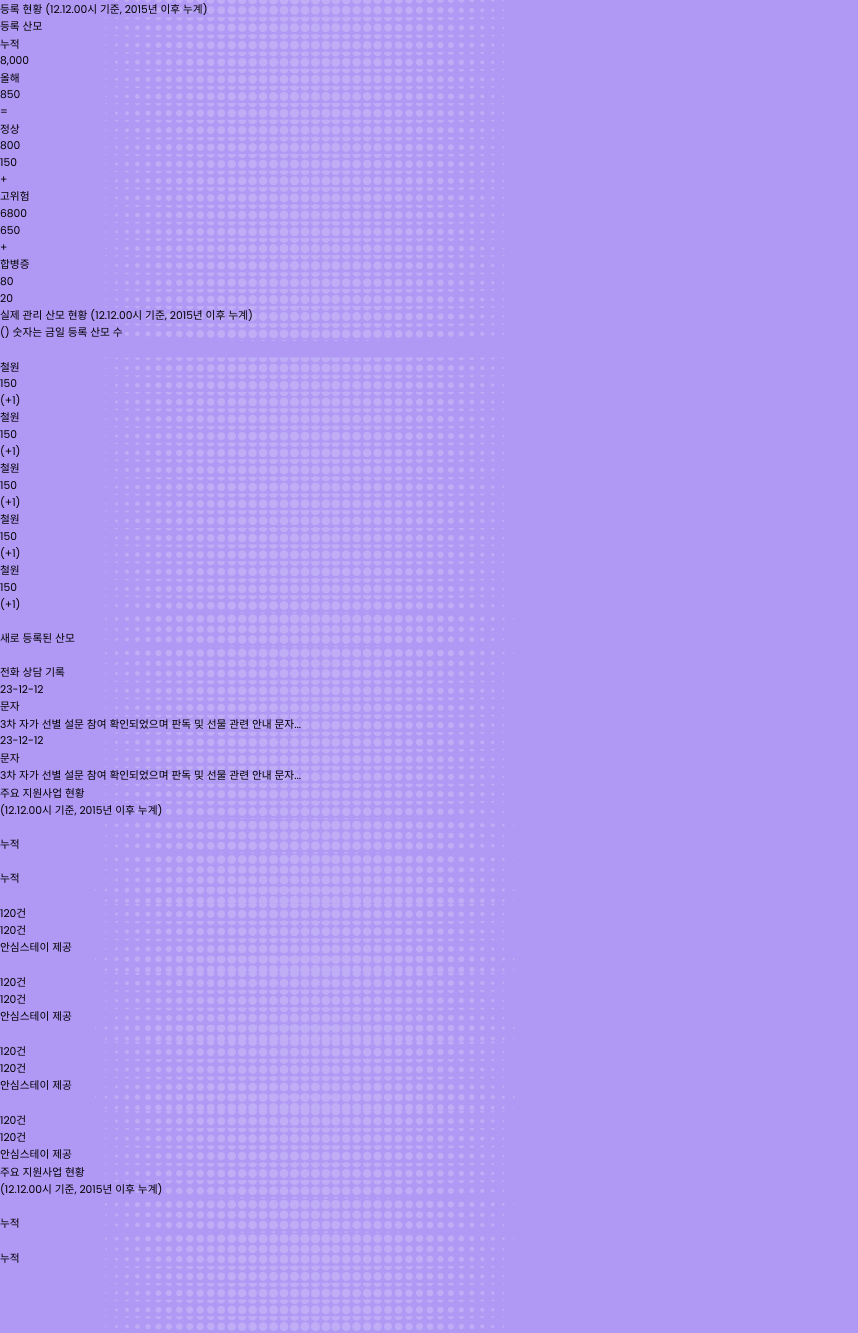
Repository: giapchicuong/Perganancy_Web
Page: index.html
The author's editor kept a copy of each file at every save. The page is drawn from the files as they stood at one save, then again after the next save.
The browser window is 1280 px wide. The pictures show the whole page, at 67% of full size.

Above is the page before, as saved 2024-03-06 11:49:33.

### index.html
<!DOCTYPE html>
<html lang="en">

<head>
    <meta charset="UTF-8">
    <meta name="viewport" content="width=device-width, initial-scale=1.0">
    <title>Perganancy Web</title>
    <link rel="stylesheet" href="./assets/base.css">
    <link rel="stylesheet" href="./assets/style.css">
</head>

<body>
    <!-- .block -->
    <!-- .block__element -->
    <!-- .block__element--modifier -->
    <!-- card
    card__image
    card__description
    card__button--submit
    card__button--cancel -->
    <div class="app">
        <div class="main">
            <section class="advertising">
                <div class="advertising-left">
                    <div class="advertising-left__title">등록 현황 (12.12.00시 기준, 2015년 이후 누계)</div>
                    <div class="advertising-left__item-list">
                        <div class="advertising-left__item">
                            <div class="advertising-left__item-title">등록 산모</div>
                            <div class="advertising-left__item-desc">
                                <div class="advertising-left__item-desc-text">누적</div>
                                <div class="advertising-left__item-desc-number">8,000</div>
                            </div>
                            <div class="advertising-left__item-bottom">
                                <div class="advertising-left__item-bottom-text">올해</div>
                                <div class="advertising-left__item-bottom-number">850</div>
                            </div>
                            <div class="calculation">=</div>
                        </div>
                        <div class="advertising-left__item">
                            <div class="advertising-left__item-title">정상</div>
                            <div class="advertising-left__item-desc">
                                <div class="advertising-left__item-desc-number">800</div>
                            </div>
                            <div class="advertising-left__item-bottom">
                                <div class="advertising-left__item-bottom-number">150</div>
                            </div>
                            <div class="calculation">+</div>
                        </div>
                        <div class="advertising-left__item">
                            <div class="advertising-left__item-title">고위험</div>
                            <div class="advertising-left__item-desc">
                                <div class="advertising-left__item-desc-number">6800</div>
                            </div>
                            <div class="advertising-left__item-bottom">
                                <div class="advertising-left__item-bottom-number">650</div>
                            </div>
                            <div class="calculation">+</div>
                        </div>
                        <div class="advertising-left__item">
                            <div class="advertising-left__item-title">합병증</div>
                            <div class="advertising-left__item-desc">
                                <div class="advertising-left__item-desc-number">80</div>
                            </div>
                            <div class="advertising-left__item-bottom">
                                <div class="advertising-left__item-bottom-number">20</div>
                            </div>
                        </div>
                    </div>
                    <div class="advertising-left__title">실제 관리 산모 현황 (12.12.00시 기준, 2015년 이후 누계)</div>
                    <div class="advertising-left__desc">() 숫자는 금일 등록 산모 수</div>
                    <div class="advertising-left__map">
                        <img src="" alt="" class="advertising-left__map-image">
                        <div class="advertising-left__map-item-list-top">
                            <div class="advertising-left__map-item">
                                <div class="advertising-left__map-item-title">철원</div>
                                <div class="advertising-left__map-item-number">150</div>
                                <div class="advertising-left__map-item-desc">(+1)</div>
                            </div>
                            <div class="advertising-left__map-item">
                                <div class="advertising-left__map-item-title">철원</div>
                                <div class="advertising-left__map-item-number">150</div>
                                <div class="advertising-left__map-item-desc">(+1)</div>
                            </div>
                        </div>
                        <div class="advertising-left__map-item-list-center">
                            <div class="advertising-left__map-item">
                                <div class="advertising-left__map-item-title">철원</div>
                                <div class="advertising-left__map-item-number">150</div>
                                <div class="advertising-left__map-item-desc">(+1)</div>
                            </div>
                            <div class="advertising-left__map-item">
                                <div class="advertising-left__map-item-title">철원</div>
                                <div class="advertising-left__map-item-number">150</div>
                                <div class="advertising-left__map-item-desc">(+1)</div>
                            </div>
                        </div>
                        <div class="advertising-left__map-item-list-botom">
                            <div class="advertising-left__map-item">
                                <div class="advertising-left__map-item-title">철원</div>
                                <div class="advertising-left__map-item-number">150</div>
                                <div class="advertising-left__map-item-desc">(+1)</div>
                            </div>
                        </div>
                    </div>
                    <div class="advertising-left__box">
                        <div class="advertising-left__box-title">
                            <img src="" alt="" class="advertising-left__box-title-icon">
                            <div class="advertising-left__box-title-text">새로 등록된 산모</div>
                        </div>
                        <div class="advertising-left__box-message-list">
                            <div class="advertising-left__box-message-item">
                                <div class="advertising-left__box-message-item-date"></div>
                                <div class="advertising-left__box-message-item-text"></div>
                            </div>
                        </div>
                    </div>
                    <div class="advertising-left__box">
                        <div class="advertising-left__box-title">
                            <img src="" alt="" class="advertising-left__box-title-icon">
                            <div class="advertising-left__box-title-text">전화 상담 기록</div>
                        </div>
                        <div class="advertising-left__box-message-list">
                            <div class="advertising-left__box-message-item">
                                <div class="advertising-left__box-message-item-date">23-12-12</div>
                                <div class="advertising-left__box-message-item-name">문자</div>
                                <div class="advertising-left__box-message-item-text">3차 자가 선별 설문 참여 확인되었으며 판독 및 선물 관련 안내
                                    문자...</div>
                            </div>
                            <div class="advertising-left__box-message-item">
                                <div class="advertising-left__box-message-item-date">23-12-12</div>
                                <div class="advertising-left__box-message-item-name">문자</div>
                                <div class="advertising-left__box-message-item-text">3차 자가 선별 설문 참여 확인되었으며 판독 및 선물 관련 안내
                                    문자...</div>
                            </div>
                        </div>
                    </div>
                </div>
                <div class="advertising-right">
                    <div class="advertising-right-item">
                        <div class="advertising-right-item-top">
                            <div class="advertising-right-item-top-left">
                                <div class="advertising-right-item-top__title">주요 지원사업 현황</div>
                                <div class="advertising-right-item-top__desc">(12.12.00시 기준, 2015년 이후 누계)</div>
                            </div>
                            <div class="advertising-right-item-top-right">
                                <div class="advertising-right-item-top-item">
                                    <img src="" alt="" class="advertising-right-item-top-item__icon">
                                    <div class="advertising-right-item-top-item__text">누적</div>
                                </div>
                                <div class="advertising-right-item-top-item">
                                    <img src="" alt="" class="advertising-right-item-top-item__icon">
                                    <div class="advertising-right-item-top-item__text">누적</div>
                                </div>
                            </div>
                        </div>
                        <div class="advertising-right-item-card-list">
                            <div class="advertising-right-item-card">
                                <div class="advertising-right-item-card-provide">
                                    <img src="" alt="" class="advertising-right-item-card__image">
                                    <div class="advertising-right-item-card__image-number">
                                        <div class="advertising-right-item-card__image-number-large">120건</div>
                                        <div class="advertising-right-item-card__image-number-small">120건</div>
                                    </div>
                                </div>
                                <div class="advertising-right-item-card-content">안심스테이 제공</div>
                            </div>
                            <div class="advertising-right-item-card">
                                <div class="advertising-right-item-card-provide">
                                    <img src="" alt="" class="advertising-right-item-card__image">
                                    <div class="advertising-right-item-card__image-number">
                                        <div class="advertising-right-item-card__image-number-large">120건</div>
                                        <div class="advertising-right-item-card__image-number-small">120건</div>
                                    </div>
                                </div>
                                <div class="advertising-right-item-card-content">안심스테이 제공</div>
                            </div>
                            <div class="advertising-right-item-card">
                                <div class="advertising-right-item-card-provide">
                                    <img src="" alt="" class="advertising-right-item-card__image">
                                    <div class="advertising-right-item-card__image-number">
                                        <div class="advertising-right-item-card__image-number-large">120건</div>
                                        <div class="advertising-right-item-card__image-number-small">120건</div>
                                    </div>
                                </div>
                                <div class="advertising-right-item-card-content">안심스테이 제공</div>
                            </div>
                            <div class="advertising-right-item-card">
                                <div class="advertising-right-item-card-provide">
                                    <img src="" alt="" class="advertising-right-item-card__image">
                                    <div class="advertising-right-item-card__image-number">
                                        <div class="advertising-right-item-card__image-number-large">120건</div>
                                        <div class="advertising-right-item-card__image-number-small">120건</div>
                                    </div>
                                </div>
                                <div class="advertising-right-item-card-content">안심스테이 제공</div>
                            </div>
                        </div>
                    </div>
                    <div class="advertising-right-item">
                        <div class="advertising-right-item-top">
                            <div class="advertising-right-item-top-left">
                                <div class="advertising-right-item-top__title">주요 지원사업 현황</div>
                                <div class="advertising-right-item-top__desc">(12.12.00시 기준, 2015년 이후 누계)</div>
                            </div>
                            <div class="advertising-right-item-top-right">
                                <div class="advertising-right-item-top-item">
                                    <img src="" alt="" class="advertising-right-item-top-item__icon">
                                    <div class="advertising-right-item-top-item__text">누적</div>
                                </div>
                                <div class="advertising-right-item-top-item">
                                    <img src="" alt="" class="advertising-right-item-top-item__icon">
                                    <div class="advertising-right-item-top-item__text">누적</div>
                                </div>
                            </div>
                        </div>
                        <div class="advertising-right-item__btn-list">
                            <div class="advertising-right-item__btn-item">
                                <div class="advertising-right-item__btn">
                                    <img src="" alt="" class="advertising-right-item__btn-icon" />
                                    <div class="advertising-right-item__btn-text"></div>
                                    <div class="advertising-right-item__btn-notification"></div>
                                </div>
                                <div class="advertising-right-item__btn-content"></div>
                            </div>
                            <div class="advertising-right-item__btn-item">
                                <div class="advertising-right-item__btn">
                                    <img src="" alt="" class="advertising-right-item__btn-icon" />
                                    <div class="advertising-right-item__btn-text"></div>
                                    <div class="advertising-right-item__btn-notification"></div>
                                </div>
                                <div class="advertising-right-item__btn-content"></div>
                            </div>
                            <div class="advertising-right-item__btn-item">
                                <div class="advertising-right-item__btn">
                                    <img src="" alt="" class="advertising-right-item__btn-icon" />
                                    <div class="advertising-right-item__btn-text"></div>
                                    <div class="advertising-right-item__btn-notification"></div>
                                </div>
                                <div class="advertising-right-item__btn-content"></div>
                            </div>
                            <div class="advertising-right-item__btn-item">
                                <div class="advertising-right-item__btn">
                                    <img src="" alt="" class="advertising-right-item__btn-icon" />
                                    <div class="advertising-right-item__btn-text"></div>
                                    <div class="advertising-right-item__btn-notification"></div>
                                </div>
                                <div class="advertising-right-item__btn-content"></div>
                            </div>
                        </div>
                    </div>
                    <div class="advertising-right-item">
                        <div class="advertising-right-item-left">
                            <div class="advertising-right-item-left-text">
                                <div class="advertising-right-item-left__title"></div>
                                <div class="advertising-right-item-desc"></div>
                            </div>
                            <div class="advertising-right-item-number"></div>
                        </div>
                        <div class="advertising-right-item-right">

                        </div>
                    </div>
                    <div class="advertising-right-item">
                        <div class="advertising-right-item-message-list">
                            <div class="advertising-right-item-message-item">
                                <div class="advertising-right-item-message-text">
                                    <div class="advertising-right-item-message__title"></div>
                                    <div class="advertising-right-item-message__desc"></div>
                                </div>
                                <div class="advertising-right-item-message-number">
                                    <div class="advertising-right-item-message-number-icon"></div>
                                    <div class="advertising-right-item-message-number-text"></div>
                                    <div class="advertising-right-item-message-number-case"></div>
                                </div>
                            </div>
                            <div class="advertising-right-item-message-item">
                                <div class="advertising-right-item-message-text">
                                    <div class="advertising-right-item-message__title"></div>
                                    <div class="advertising-right-item-message__desc"></div>
                                </div>
                                <div class="advertising-right-item-message-number">
                                    <div class="advertising-right-item-message-number-icon"></div>
                                    <div class="advertising-right-item-message-number-text"></div>
                                    <div class="advertising-right-item-message-number-case"></div>
                                </div>
                            </div>
                        </div>
                    </div>
                </div>
            </section>
        </div>
    </div>
</body>

</html>

### assets/base.css
@import url('https://fonts.googleapis.com/css2?family=Poppins:ital,wght@0,100;0,200;0,300;0,400;0,500;0,600;0,700;0,800;0,900;1,100;1,200; 1.300;1.400;1.500;1.600;1.700;1.800;1.900&display=swap');

* {
    margin: 0;
    padding: 0;
    box-sizing: border-box;
    font-family: 'Poppins' , sans-serif;
    background-color: var(--secondary);
    background-image: url("./image/background-top.png");
    background-repeat: no-repeat;
    background-position: 20% 40%;
    /* background-size: cover;  */

}
:root {
    --primary: #644DAF;
    --secondary: #AF99F4;
    --purple: #E7E3FF;
    --lightPurple: #E6E6FA;
    --pink: #EF9C98;
    --white: #FFFFFF;
    --gray: #D8D8D8;
    --gray2: #EBEBEB;
    --gray3: #F4F4F4;
}

### assets/style.css
.advertising-left {

}

After the next save:
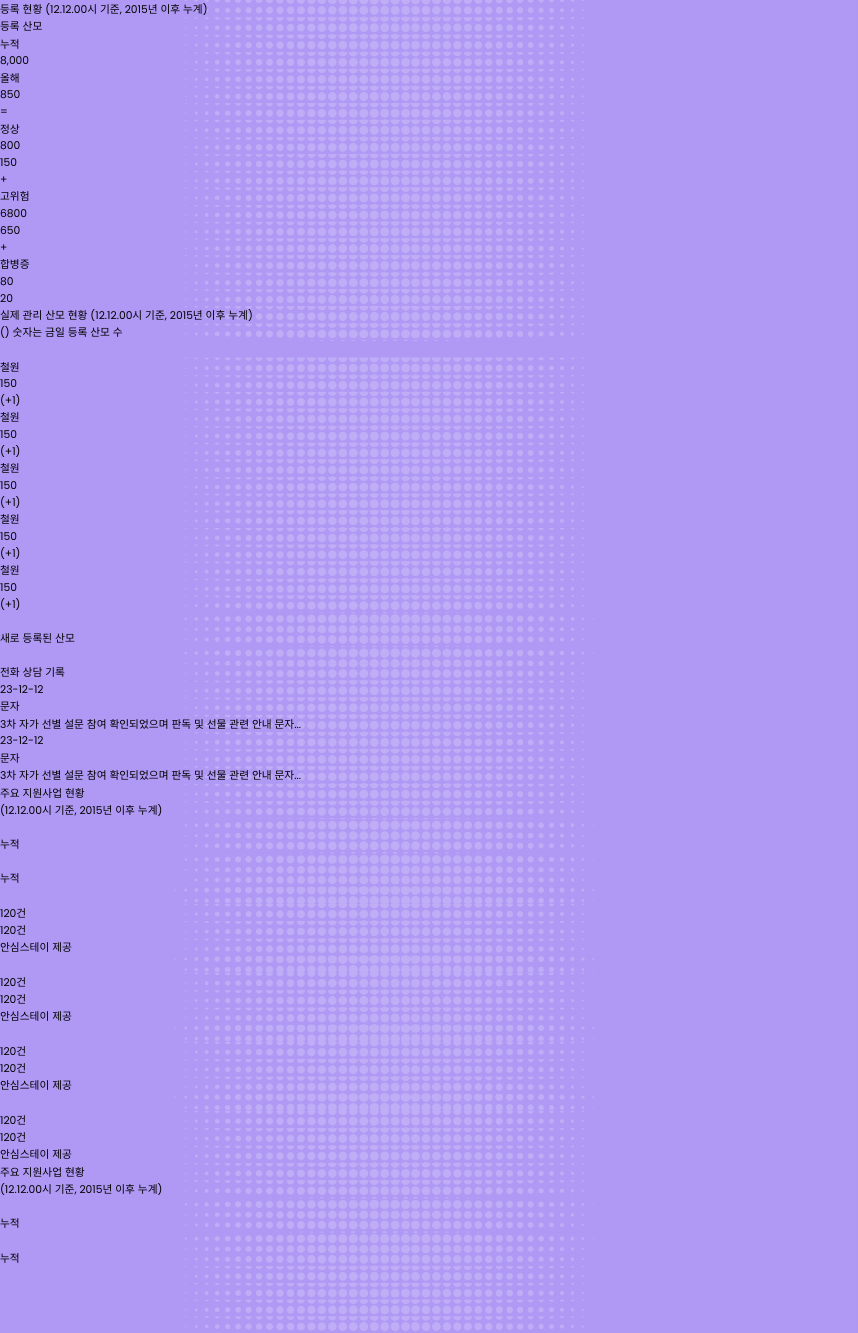
Saved 12 s later.
--- a/assets/base.css
+++ b/assets/base.css
@@ -8,7 +8,7 @@
     background-color: var(--secondary);
     background-image: url("./image/background-top.png");
     background-repeat: no-repeat;
-    background-position: 20% 40%;
+    background-position: 40% 40%;
     /* background-size: cover;  */
 
 }
